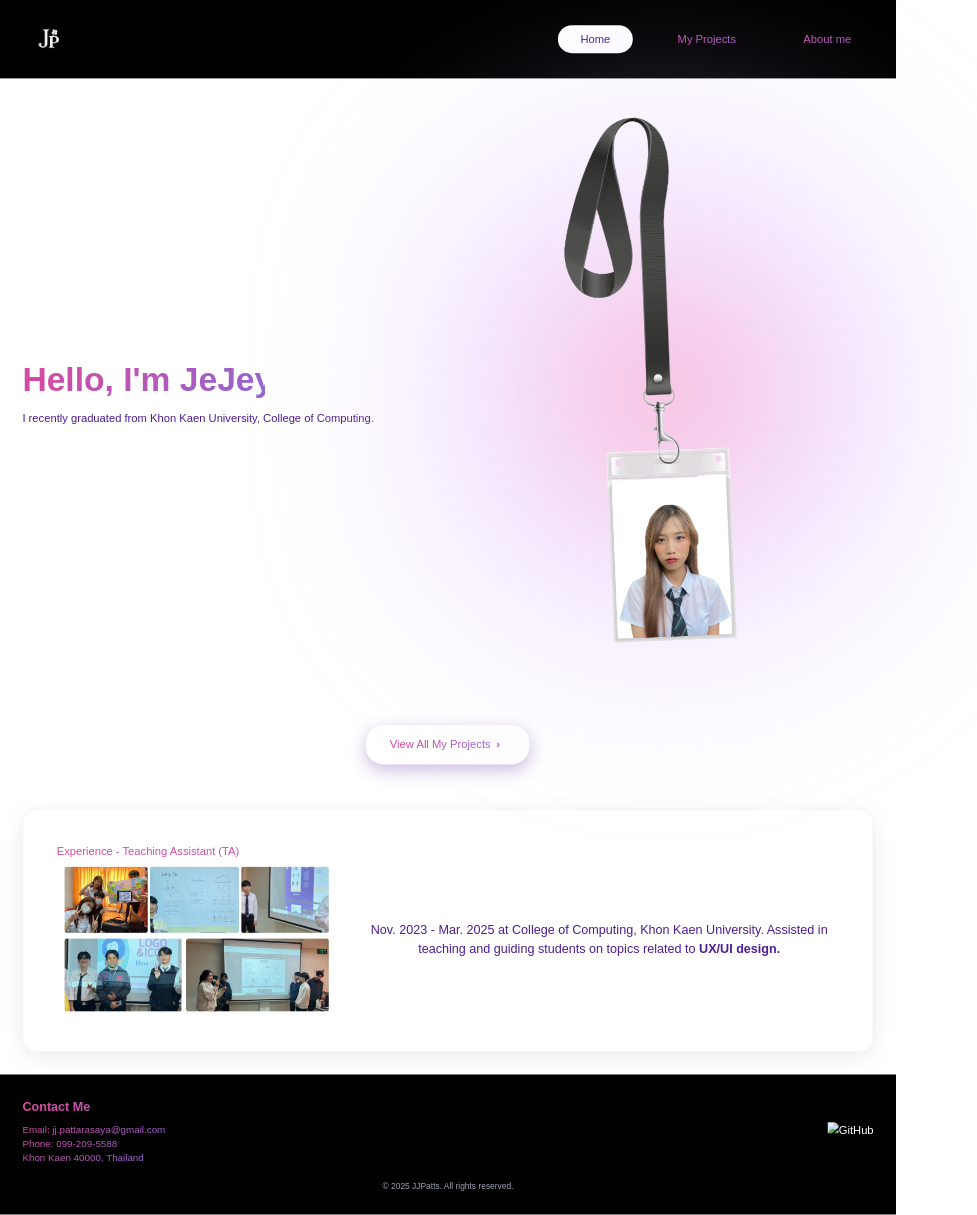
Repository: PattarasayaJJ/Portfolio-jjpatts
Page: /
These files come from the project's save history. The page is drawn as it stood at one moment and after a run of saves; the edit follows.
The browser window is 1280 px wide. The page is 1396 px wide, so the pictures cover 1396 px, including what lies to the right of the window. The pictures show the whole page, at 70% of full size.
The project was rebuilt for these pictures with package versions that can differ from the ones it lists, and the page was loaded fresh each time. Also part of the build but not shown: vite.config.js, vite.config.ts, src/header.css, src/work.css, src/components/Works.jsx, src/components/Aboutme.jsx.

Above is the page before, as saved 2025-08-03 23:34:37.

After the next 2 saves:
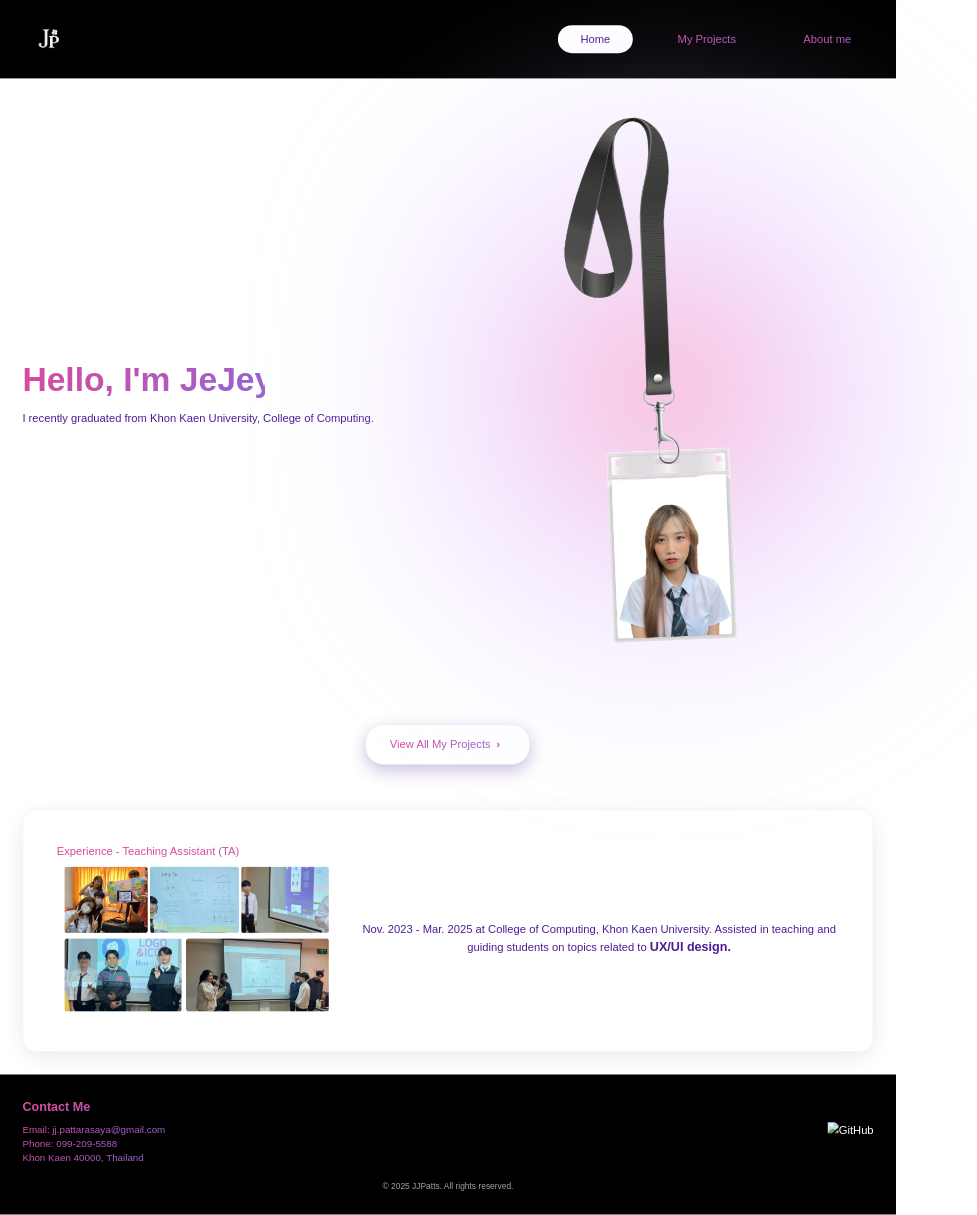
The 2 saves are shown as one change because they came seconds apart.
The last was saved 23 s later.
--- a/src/hero.css
+++ b/src/hero.css
@@ -297,7 +297,7 @@
 
 
     .bottom-caption {
-      font-size: 1.125rem;
+      font-size: 1rem;
       color: #4c1d95;
       align-self: center;
       text-align: center;
